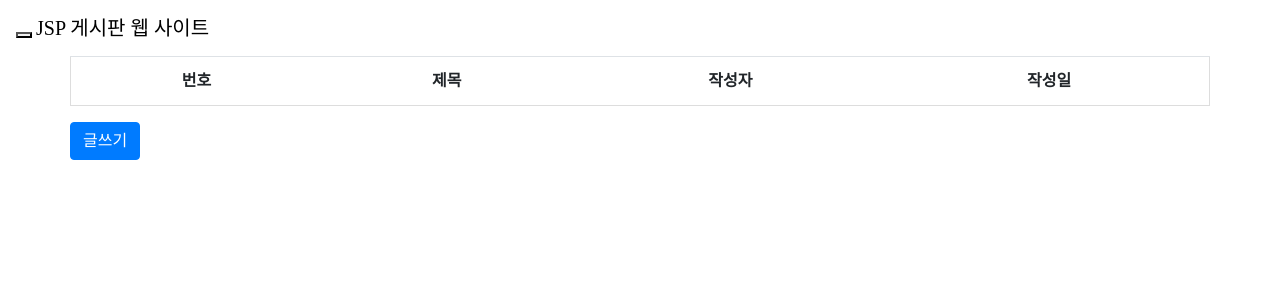
Repository: hz6450/2024-summer-jsp-notice-project
Page: http://localhost/BBS/BBS.jsp
The author's editor kept a copy of each file at every save. The page is drawn from the files as they stood at one save, then again after the next save.
The browser window is 1280 px wide. The pictures show the whole page.
Some web fonts or font styles are not loaded; a fallback is used. Some web libraries are served in a nearby version. The page is served by Tomcat 10. Other server files are loaded and not shown. Queries for data that is not in the repository find no rows.

Above is the page before, as saved 2024-07-12 07:57:06.

### projects/BBS/src/main/webapp/BBS.jsp
<%@ page language="java" contentType="text/html; charset=UTF-8"
	pageEncoding="UTF-8"%>
<%@ page import="java.io.PrintWriter"%>
<%@ page import="bbs.BbsDAO"%>
<%@ page import="bbs.Bbs"%>
<%@ page import="java.util.ArrayList"%>
<!DOCTYPE html>
<html>

<head>
<meta charset="UTF-8">
<meta name="viewport" content="width=device-width" initial-scale="1">
<link rel="stylesheet" href="css/bootstrap.css">
<link rel="stylesheet" href="css/custom.css">
<title>jsp 게시판 웹 사이트</title>
<style type="text/css">
	a, a:hover{
	color:#000000;
	text-decoration: none;
	}
</style>
</head>

<body>
	<%
	String userID = null;
	if (session.getAttribute("userID") != null) {
		userID = (String) session.getAttribute("userID");

	}
	int pageNumber = 1;
	if (request.getParameter("pageNumber") != null) {
		pageNumber = Integer.parseInt(request.getParameter("pageNumber"));
	}
	%>
	<nav class="navbar navbar-default">
		<div class="navbar-header">
			<button type="button" class="navbar-toggle" data-toggle="collapse"
				data-target="#bs-example-navbar-collapse-1" aria-expanded="false">
				<span class="icon-bar"></span> <span class="icon-bar"></span> <span
					class="icon-bar"></span>
			</button>
			<a class="navbar-brand" href="main.jsp">JSP 게시판 웹 사이트</a>
		</div>
		<div class="collapse navbar-collapse"
			id="bs-example-navbar-collapse-1">
			<ul class="nav navbar-nav">
				<li><a href="main.jsp">메인</a></li>
				<li class="active"><a href="BBS.jsp">게시판</a></li>
			</ul>
		</nav>
			<div class="container">
				<div class="row">
					<table class="table table-striped" id="bbs-table">
						<thead>
							<tr>
								<th style="border-bottom:none; text-align: center;">번호</th>
								<th style="border-bottom:none; text-align: center;">제목</th>
								<th style="border-bottom:none; text-align: center;">작성자</th>
								<th style="border-bottom:none; text-align: center;">작성일</th>
							</tr>
						</thead>
						<tbody>
							<%
							BbsDAO bbsDAO = new BbsDAO();
							ArrayList<Bbs> list = bbsDAO.getList(pageNumber);
							for (int i = 0; i < list.size(); i++) {
							%>
							<tr>
								<td><%= list.get(i).getBbsId() %></td>
								<td><a href="view.jsp?bbsID=<%=list.get(i).getBbsId()%>">
										<%= list.get(i).getBbsTitle() %></a></td>
								<td><%= list.get(i).getUserID() %></td>
								<td><%= list.get(i).getBbsDate().substring(0, 11) + list.get(i).getBbsDate().substring(11, 13) + "시" + list.get(i).getBbsDate().substring(14, 16) + "분" %></td>
							</tr>
						</tbody>
						<%
						}
						%>

					</table>
					<%
						if(pageNumber != 1){
							%>
					<a href="BBS.jsp?pageNumber=<%=pageNumber -1 %>" class="btn btn-success btn-arrow-left">이전</a>

					<%
						}if(bbsDAO.nextPage(pageNumber + 1)){
							%>
					<a href="BBS.jsp?pageNumber=<%=pageNumber +1 %>" class="btn btn-success btn-arrow-left">다음</a>
					<%
						}
					%>
					<a href="write.jsp" class="btn btn-primary pull-right">글쓰기</a>
				</div>
			</div>

		</div>



	<script src="https://code.jquery.com/jquery-3.1.1.min.js"></script>
	<script src="js/bootstrap.js"></script>

</body>

</html>

### projects/BBS/src/main/java/bbs/BbsDAO.java
package bbs;

import java.sql.Connection;
import java.sql.DriverManager;
import java.sql.PreparedStatement;
import java.sql.ResultSet;
import java.util.ArrayList;

public class BbsDAO {

	private Connection conn;
	private ResultSet rs;

	public BbsDAO() {
		try {
			String dbURL = "jdbc:mysql://localhost:3306/BBS";
			String dbID = "root";
			String dbPassword = "6450";
			Class.forName("com.mysql.jdbc.Driver");
			conn = DriverManager.getConnection(dbURL, dbID, dbPassword);
		} catch (Exception e) {
			e.printStackTrace();
		}
	}

	public String getDate() {
		String SQL = "SELECT NOW()";
		try {
			PreparedStatement pstmt = conn.prepareStatement(SQL);
			rs = pstmt.executeQuery();
			if (rs.next()) {
				return rs.getString(1);
			}
		} catch (Exception e) {
			e.printStackTrace();
		}
		return "";
	}

	public int getNext() {
		String SQL = "SELECT bbsID FROM BBS ORDER BY bbsID DESC";
		try {
			PreparedStatement pstmt = conn.prepareStatement(SQL);
			rs = pstmt.executeQuery();
			if (rs.next()) {
				return rs.getInt(1) + 1;
			}
		} catch (Exception e) {
			e.printStackTrace();
		}
		return 1;
	}

	public int write(String bbsTitle, String userID, String bbsContent) {
		String SQL = "INSERT INTO BBS VALUE(?,?,?,?,?,?)";
		try {
			PreparedStatement pstmt = conn.prepareStatement(SQL);

			pstmt.setInt(1, getNext());
			pstmt.setString(2, bbsTitle);
			pstmt.setString(3, userID);
			pstmt.setString(4, getDate());
			pstmt.setString(5, bbsContent);
			pstmt.setInt(6, 1);

			return pstmt.executeUpdate();
		} catch (Exception e) {
			e.printStackTrace();
		}
		return -1;
	}

	public ArrayList<Bbs> getList(int pageNumber) {
		String SQL = "SELECT * From BBS WHERE bbsID < ? AND bbsAvailable = 1 ORDER BY bbsID DESC LIMIT 10";
		ArrayList<Bbs> list = new ArrayList<Bbs>();
		try {
			PreparedStatement pstmt = conn.prepareStatement(SQL);
			pstmt.setInt(1, getNext() - (pageNumber - 1) * 10);
			rs = pstmt.executeQuery();
			while (rs.next()) {
				Bbs bbs = new Bbs();
				bbs.setBbsId(rs.getInt(1));
				bbs.setBbsTitle(rs.getString(2));
				bbs.setUserID(rs.getString(3));
				bbs.setBbsDate(rs.getString(4));
				bbs.setBbsContent(rs.getString(5));
				bbs.setBbsAvailable(rs.getInt(6));
				list.add(bbs);
			}
		} catch (Exception e) {
			e.printStackTrace();
		}
		return list;
	}

	public boolean nextPage(int pageNumber) {
		String SQL = "SELECT * From BBS WHERE bbsID < ? AND bbsAvailable = 1 ORDER BY bbsID DESC LIMIT 10";
		try {
			PreparedStatement pstmt = conn.prepareStatement(SQL);
			pstmt.setInt(1, getNext() - (pageNumber - 1) * 10);
			rs = pstmt.executeQuery();
			if (rs.next()) {
				return true;
			}
		} catch (Exception e) {
			e.printStackTrace();
		}
		return false;
	}

	public Bbs getBbs(int bbsID) {
		String SQL = "SELECT * FROM BBS WHERE bbsID = ?";
		try {
			PreparedStatement pstmt = conn.prepareStatement(SQL);
			pstmt.setInt(1, bbsID);
			rs = pstmt.executeQuery();
			if (rs.next()) {
				Bbs bbs = new Bbs();
				bbs.setBbsId(rs.getInt(1));
				bbs.setBbsTitle(rs.getString(2));
				bbs.setUserID(rs.getString(3));
				bbs.setBbsDate(rs.getString(4));
				bbs.setBbsContent(rs.getString(5));
				bbs.setBbsAvailable(rs.getInt(6));
				return bbs;
			}
		} catch (Exception e) {
			e.printStackTrace();
		}
		return null;
	}

	public int update(int bbsID, String bbsTitle, String bbsContent) {
		String SQL = "UPDATE BBS SET bbsTitle = ?, bbsContent= ? WHERE bbsID = ?";
		try {
			PreparedStatement pstmt = conn.prepareStatement(SQL);

			pstmt.setString(1, bbsTitle);
			pstmt.setString(2, bbsContent);
			pstmt.setInt(3, bbsID);

			return pstmt.executeUpdate();
		} catch (Exception e) {
			e.printStackTrace();
		}
		return -1;
	}

	public int delete(int bbsID) {
		String SQL = "UPDATE BBS SET bbsAvailable=0 WHERE bbsID = ?";
		try {
			PreparedStatement pstmt = conn.prepareStatement(SQL);
			pstmt.setInt(1, bbsID);

			return pstmt.executeUpdate();
		} catch (Exception e) {
			e.printStackTrace();
		}
		return -1;
	}
}

### projects/BBS/src/main/webapp/css/custom.css
@import url(http://fonts.googleapis.com/earlyaccess/nanumgothic.css);
@import url(http://fonts.googleapis.com/earlyaccess/hanna.css);
* {
	font-family : "Nanum Gothic";
}
h1 {
	font-family : "Hanna";
}
#bbs-table{
	text-align: center;
	border: 1px solid #dddddd;
}

Loaded but not shown: projects/BBS/src/main/webapp/css/bootstrap.css (library); projects/BBS/src/main/webapp/js/bootstrap.js (library)

After the next save:
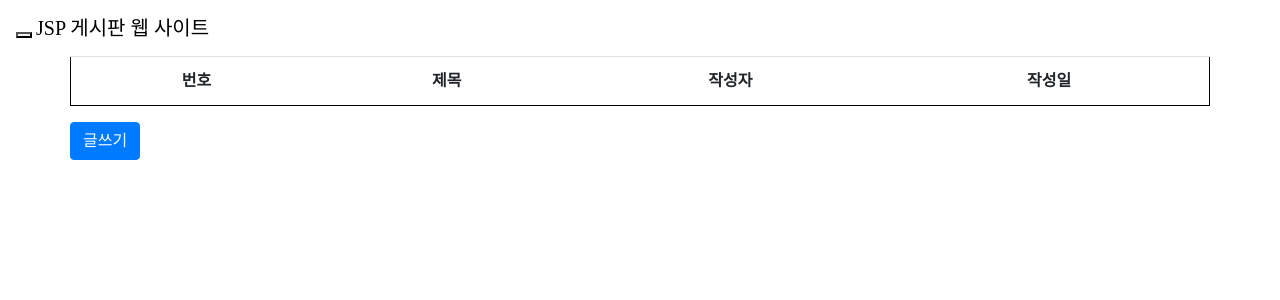
Saved 39 s later.
--- a/projects/BBS/src/main/webapp/css/custom.css
+++ b/projects/BBS/src/main/webapp/css/custom.css
@@ -1,12 +1,20 @@
 @import url(http://fonts.googleapis.com/earlyaccess/nanumgothic.css);
+
 @import url(http://fonts.googleapis.com/earlyaccess/hanna.css);
+
 * {
-	font-family : "Nanum Gothic";
+	font-family: "Nanum Gothic";
 }
+
 h1 {
-	font-family : "Hanna";
+	font-family: "Hanna";
 }
-#bbs-table{
+
+#bbs-table {
 	text-align: center;
 	border: 1px solid #dddddd;
+	border-left: 1px solid #000000;
+	border-right: 1px solid #000000;
+	border-top: 1px solid #000000;
+	border-bottom: 1px solid #000000;
 }
